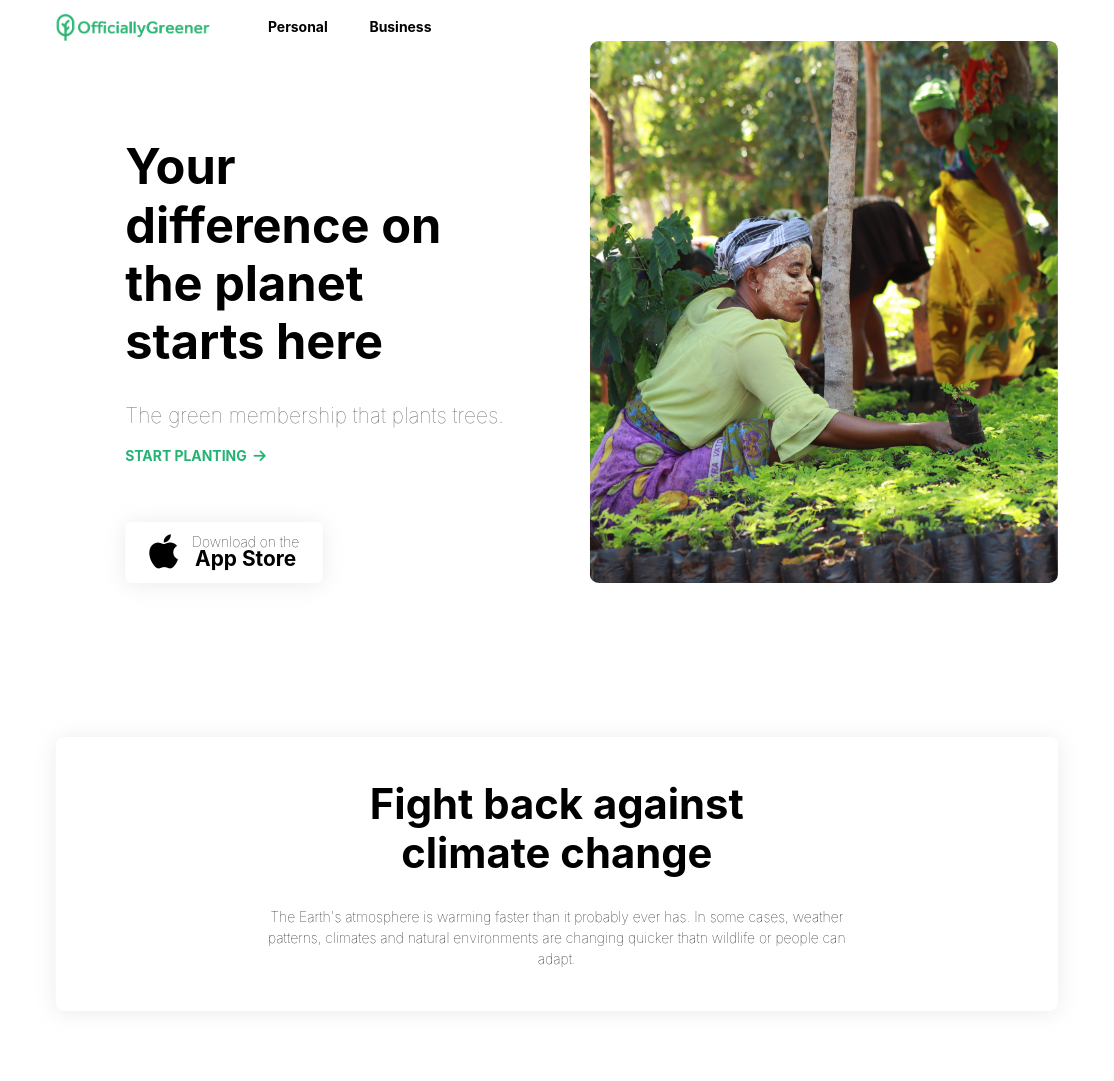
Repository: Sinkycode/Officially-Greener-v2
Page: index.html
The author's editor kept a copy of each file at every save. The page is drawn from the files as they stood at one save, then again after the next save.
The browser window is 1280 px wide. The pictures show the whole page, at 87% of full size.
Some web libraries are served in a nearby version.

Above is the page before, as saved 2023-03-08 16:55:01.

After the next save:
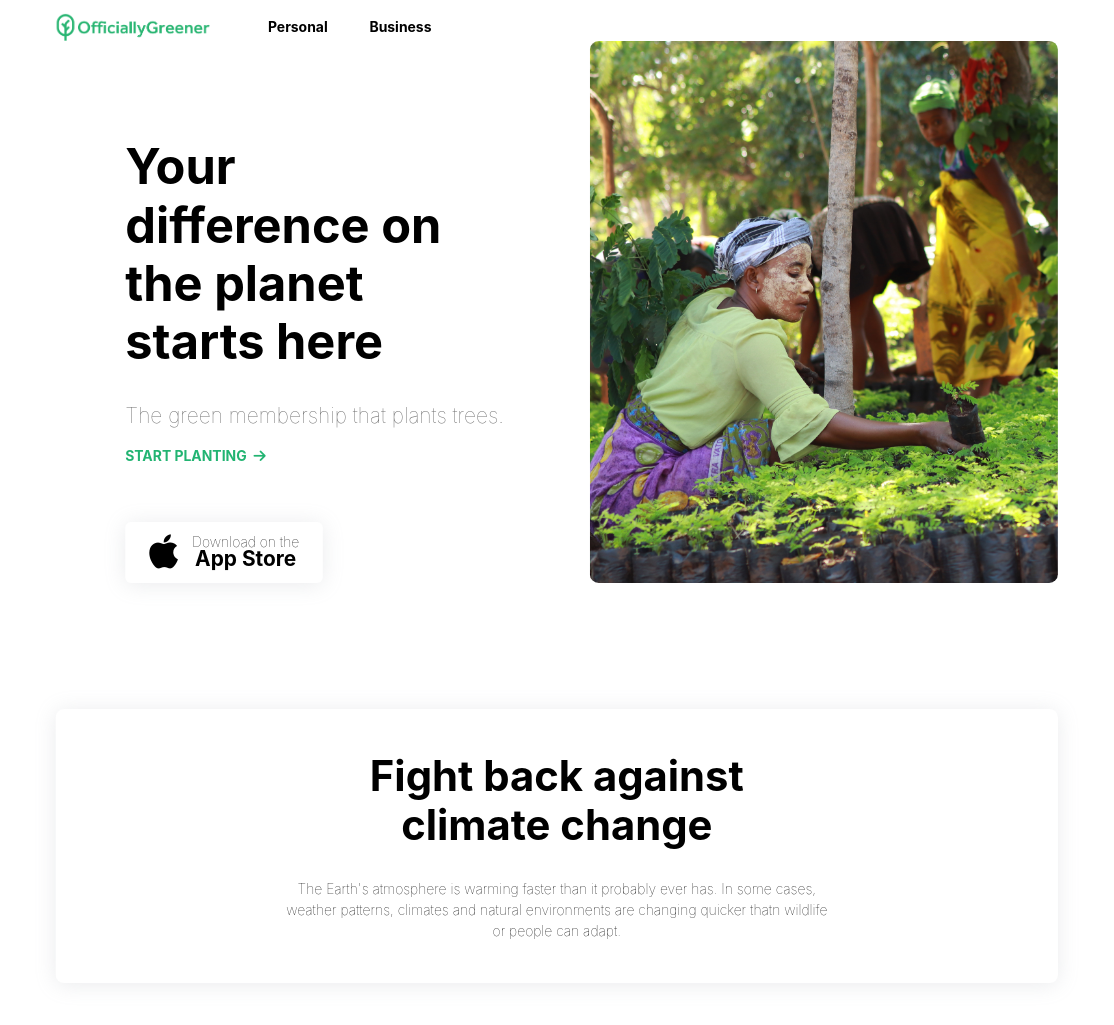
Saved 4 min 12 s later.
--- a/style.css
+++ b/style.css
@@ -216,7 +216,7 @@
 /* ====== Note ======== */
 
 #note {
-  margin-block: 5rem;
+  margin-block: 3rem;
 }
 
 #note .container {
@@ -224,7 +224,7 @@
   border-radius: var(--box-radius-lx);
   box-shadow: var(--box-shadow);
   padding-block: 3rem;
-  padding-inline: 15rem;
+  padding-inline: 16rem;
   display: flex;
   flex-direction: column;
   align-items: center;
